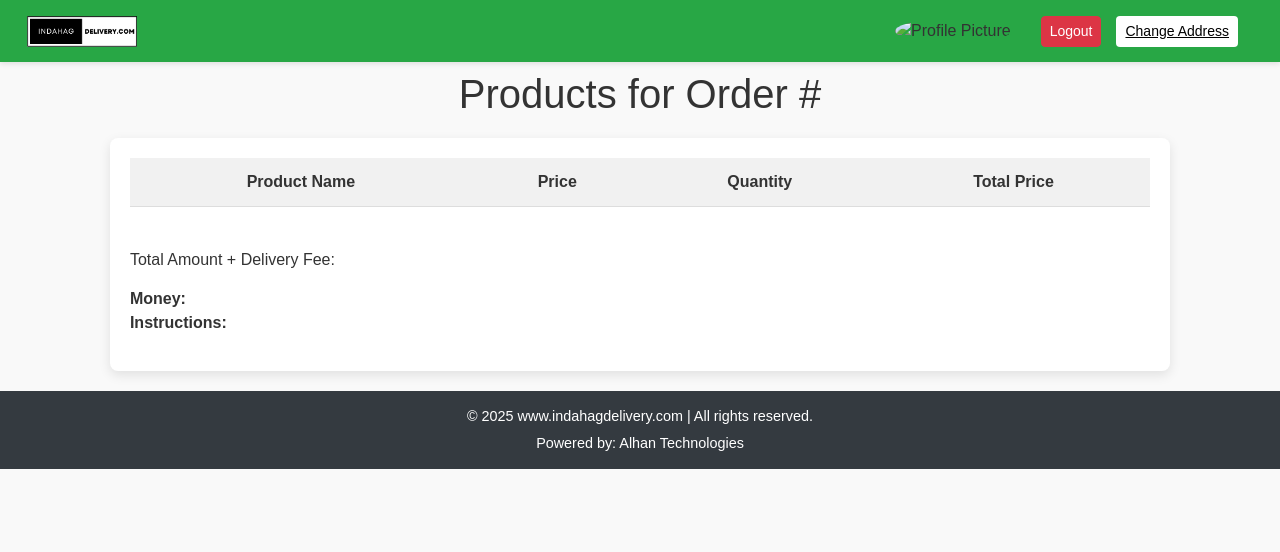
Repository: Jijiluzana225/indahagdelivery.com
Page: store/templates/store/order_items.html
These files come from the project's save history. The page is drawn as it stood at one moment and after the next save; the edit follows.
The browser window is 1280 px wide. The pictures show the whole page.
The template is drawn by Django 5.2. The application's start-up code is not run. Other server files are loaded and not shown. The template is opened directly, without the code that normally fills it, so the values that code supplies are empty.

Above is the page before, as saved 2025-02-07 16:20:08.

### store/templates/store/order_items.html
{% extends 'store/base.html' %}

{% block title %}Order {{ order.id }} Items{% endblock %}

{% block content %}
<style>
    /* General Styling */
    body {
        font-family: Arial, sans-serif;
        margin: 0;
        padding: 0;
        background-color: #f9f9f9;
        color: #333;
    }

    h2 {
        font-size: 2.5rem;
        text-align: center;
        margin: 20px 0;
        color: #333;
    }

    .items-table-container {
        width: 95%;
        max-width: 1200px;
        margin: 0 auto;
        background-color: #fff;
        padding: 20px;
        border-radius: 8px;
        box-shadow: 0 4px 12px rgba(0, 0, 0, 0.1);
    }

    .items-table {
        width: 100%;
        border-collapse: collapse;
    }

    .items-table th,
    .items-table td {
        padding: 12px 15px;
        text-align: center;
        font-size: 1rem;
        border-bottom: 1px solid #ddd;
    }

    .items-table th {
        background-color: #f1f1f1;
        color: #333;
        font-weight: bold;
    }

    .items-table tr:nth-child(even) {
        background-color: #f9f9f9;
    }

    .items-table tr:hover {
        background-color: #f1f1f1;
    }

    .action-btn {
        padding: 8px 15px;
        font-size: 0.9rem;
        border: none;
        border-radius: 4px;
        cursor: pointer;
        color: #fff;
    }

    .update-btn {
        background-color: #007bff;
    }

    .update-btn:hover {
        background-color: #0056b3;
    }

    .delete-btn {
        background-color: #dc3545;
    }

    .delete-btn:hover {
        background-color: #c82333;
    }

    input[type="number"] {
        width: 60px;
        padding: 5px;
        border: 1px solid #ccc;
        border-radius: 4px;
        text-align: center;
    }

    /* Responsive Design for Tablets */
    @media (max-width: 768px) {
        h2 {
            font-size: 2rem;
        }

        .items-table th,
        .items-table td {
            padding: 8px;
            font-size: 0.9rem;
        }

        .action-btn {
            padding: 6px 12px;
            font-size: 0.8rem;
        }
    }

    /* Responsive Design for Mobile */
    @media (max-width: 480px) {
        h2 {
            font-size: 1.8rem;
        }

        .items-table-container {
            padding: 10px;
        }

        .items-table th,
        .items-table td {
            padding: 6px;
            font-size: 0.75rem;
        }

        .action-btn {
            padding: 5px 10px;
            font-size: 0.7rem;
        }

        input[type="number"] {
            width: 50px;
        }

        /* Make table scrollable for very small screens */
        .items-table-container {
            overflow-x: auto;
        }

        .items-table {
            display: block;
            width: 100%;
            overflow-x: scroll;
            padding-bottom: 10px;
        }

        .items-table th,
        .items-table td {
            white-space: nowrap;
        }
        .order-detail {
            padding-top:50px;
        }
    }
</style>

<h2>Products for Order #{{ order.id }}</h2>

<div class="items-table-container">
    <table class="items-table">
        <thead>
            <tr>
                <th>Product Name</th>
                <th>Price</th>
                <th>Quantity</th>
                <th>Total Price</th>
                {% comment %} <th>Actions</th> {% endcomment %}
            </tr>
        </thead>
        <tbody>
            {% for item in items %}
            <tr>
                <td>{{ item.product_name }}</td>
                <td>{{ item.product_price }}</td>
                <td>{{ item.quantity }}</td>
                <td>{{ item.total_price|floatformat:2 }}</td>
            </tr>
            {% endfor %}
        </tbody>
    </table>

    <!-- New Containers for Money and Instructions -->
    <div style="padding-top:25px;padding-bottom:10px;">
        Total Amount + Delivery Fee:
        <span style="color:blue; font-size:30px"><strong>{{ order.total_price|floatformat:2 }}</strong></span>
    </div>

    <div class="order-detail">
        <strong>Money: </strong>
        <span style="color:Orange">{{ order.money|floatformat:2 }}</span>
    </div>

    <strong>Instructions: </strong>
    <p style="color:Orange">{{ order.instructions }}</p>

    {% if request.user.is_authenticated and 'Store' in request.user.groups.all|join:" " %}



    <!-- Add DELIVERED button -->
    {% if order.status != 'Delivered' %}
    <form action="{% url 'update_order_status_delivered' order.id %}" method="POST">
        {% csrf_token %}
        <button type="submit" class="action-btn update-btn">Mark as DELIVERED</button>
    </form>
    {% endif %}
    <div style="font-align:right">
        <button class="action-btn update-btn" onclick="printReceipt()">
            Print Receipt
        </button>
    </div>

    {% endif %}

</div>

<script>
    function updateItem(itemId) {
        const quantity = document.getElementById(`quantity-${itemId}`).value;

        fetch(`/update-item/${itemId}/`, {
            method: 'POST',
            headers: {
                'Content-Type': 'application/json',
                'X-CSRFToken': '{{ csrf_token }}'
            },
            body: JSON.stringify({ quantity: quantity })
        })
        .then(response => {
            if (response.ok) {
                alert('Item updated successfully!');
                location.reload();
            } else {
                alert('Failed to update item.');
            }
        });
    }

    function deleteItem(itemId) {
        if (confirm('Are you sure you want to delete this item?')) {
            fetch(`/delete-item/${itemId}/`, {
                method: 'POST',
                headers: {
                    'X-CSRFToken': '{{ csrf_token }}'
                }
            })
            .then(response => {
                if (response.ok) {
                    alert('Item deleted successfully!');
                    location.reload();
                } else {
                    alert('Failed to delete item.');
                }
            });
        }
    }
</script>
<script>
    function printReceipt() {
    let receiptContent = `
        <style>
            @page {
                margin: 0; /* Removes header and footer */
            }
            body, html {
                font-family: Calibre;
                font-size: 10px;
                margin-left: 10px;
                padding: 0;
                white-space: pre-wrap;
                word-wrap: break-word;
            }
            .receipt {
                text-align: left;
                max-width: 280px;
                margin-left: 10px;
                padding: 0;
                border: none;

            }
        </style>
        <div class="receipt">
Order Receipt
---------------------------------------------
Order ID: {{ order.id }}
Customer: {{ order.customer.username }}
---------------------------------------------
Items:
{% for item in items %}
{{ item.product_name }}
x{{ item.quantity }} @ {{ item.product_price }}

Total: {{ item.total_price|floatformat:2 }}
---------------------------------------------
{% endfor %}
Total + Delivery Fee: {{ order.total_price|floatformat:2 }}
---------------------------------------------
Thank you for your purchase!
        </div>
    `;

    let printWindow = window.open('', '', 'width=300,height=400');
    printWindow.document.write(receiptContent);
    printWindow.document.close();
    printWindow.print();
    printWindow.onafterprint = function () {
    printWindow.close(); // Close the blank page after printing
    };

}

    </script>
{% endblock %}

### store/templates/store/base.html
{% load static %}
<!DOCTYPE html>
<html lang="en">
<head>
    <meta charset="UTF-8">
    <meta name="viewport" content="width=device-width, initial-scale=1.0">
    <title>indahagdelivery.com</title>
    <link href="https://cdn.jsdelivr.net/npm/bootstrap@5.3.0-alpha3/dist/css/bootstrap.min.css" rel="stylesheet">
    <style>
        /* Navbar Styling */
        .navbar {
            position: fixed;
            top: 0;
            left: 0;
            right: 0;
            width: 100%;
            background-color: #28a745; /* E-commerce theme */
            padding: 10px 15px;
            z-index: 1000;
            box-shadow: 0 2px 5px rgba(0, 0, 0, 0.1);
        }

        .navbar .navbar-brand img {
            max-width: 110px;
        }

        .navbar-nav {
            display: flex;
            align-items: center;
        }

        .navbar-nav .nav-item {
            margin-right: 15px;
        }

        .open-close-btn {
            padding: 6px 14px;
            font-size: 0.9rem;
            background-color: #007bff;
            color: #fff;
            border: none;
            border-radius: 20px;
            transition: background-color 0.3s ease;
        }

        .open-close-btn:hover {
            background-color: #0056b3;
        }

        .profile-picture {
            width: 35px;
            height: 35px;
            border-radius: 50%;
            object-fit: cover;
        }

        /* Responsive Navbar Adjustments */
        @media (max-width: 768px) {
            .navbar-brand img {
                max-width: 80px;
            }

            .navbar-nav .nav-item {
                margin-right:10px;
            }

            .open-close-btn {
                margin-top: 10px;
            }
        }

        /* Footer Styling */
        footer {
            background-color: #343a40;
            color: #fff;
            padding: 15px;
            text-align: center;
            margin-top: 20px;
        }

        footer .footer-text p {
            margin: 0;
            font-size: 0.9rem;
        }

        footer .footer-text p:not(:last-child) {
            margin-bottom: 5px;
        }
    </style>
</head>
<body style="margin-top: 70px;">
    <!-- Navbar -->
    <nav class="navbar navbar-expand-lg navbar-dark">
        <div class="container-fluid">
            <a href="{% url 'store_list' %}" class="navbar-brand">
                <img src="{% static 'admin/img/Indahag.png' %}" alt="Logo">
            </a>

            <!-- Open/Close Button -->
            {% if request.user.is_authenticated and 'Store' in request.user.groups.all|join:" " %}
                <a href="{% url 'update_store_open' %}" class="open-close-btn">Open/Close</a>
            {% endif %}

            <button class="navbar-toggler" type="button" data-bs-toggle="collapse" data-bs-target="#navbarNav" aria-controls="navbarNav" aria-expanded="false" aria-label="Toggle navigation">
                <span class="navbar-toggler-icon"></span>
            </button>
            <div class="collapse navbar-collapse" id="navbarNav">
                <ul class="navbar-nav ms-auto">
                    <li class="nav-item">
                        <img src="{{ user.customer.profile_picture.url }}" alt="Profile Picture" class="profile-picture">
                    </li>
                    <li class="nav-item">
                        <h5 class="mb-0 text-white">{{ user.customer.name }}</h5>
                    </li>
                    <li class="nav-item">
                        <form action="{% url 'logout' %}" method="POST" class="d-inline">
                            {% csrf_token %}
                            <button type="submit" class="btn btn-danger btn-sm">Logout</button>
                        </form>
                    </li>
                    <li class="nav-item">
                        <a href="{% url 'update_profile' %}" class="btn btn-link btn-sm text-black" style="background-color: white">Change Address</a>
                    </li>
                </ul>
            </div>
        </div>
    </nav>

    <!-- Content Block -->
    <div class="container mt-4">
        {% block content %}
        {% endblock %}
    </div>

    <!-- Footer -->
    <footer>
        <div class="footer-text">
            <p>&copy; 2025 www.indahagdelivery.com | All rights reserved.</p>
            <p>Powered by: Alhan Technologies</p>
        </div>
    </footer>

    <!-- Scripts -->
    <script src="https://cdn.jsdelivr.net/npm/bootstrap@5.3.0-alpha3/dist/js/bootstrap.bundle.min.js"></script>
</body>
</html>

After the next save:
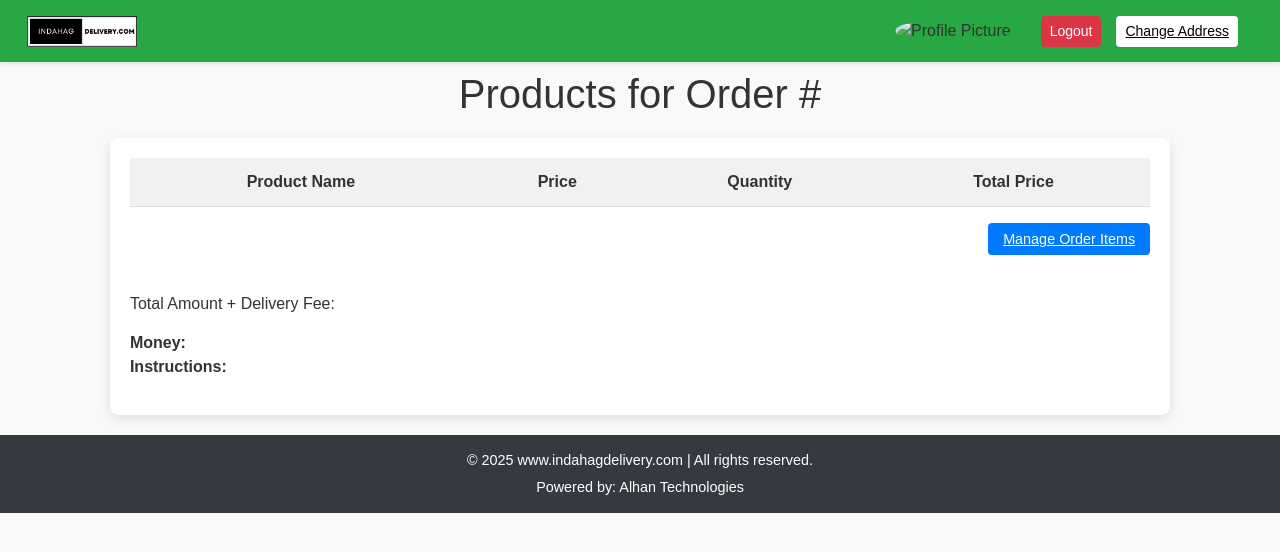
Saved 3 min 16 s later.
--- a/store/templates/store/order_items.html
+++ b/store/templates/store/order_items.html
@@ -180,6 +180,11 @@
         </tbody>
     </table>
 
+    <div style="margin-top: 20px; text-align: right;">
+        <a href="{% url 'order_items' order.id %}" class="action-btn update-btn">Manage Order Items</a>
+    </div>
+
+
     <!-- New Containers for Money and Instructions -->
     <div style="padding-top:25px;padding-bottom:10px;">
         Total Amount + Delivery Fee:
